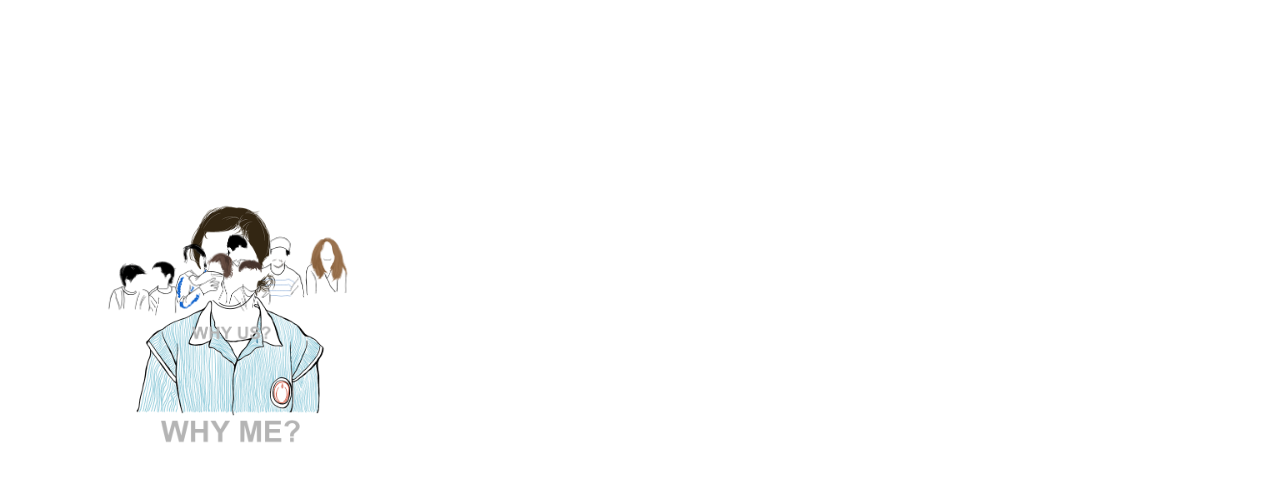
Repository: Lettie123/webpr4
Page: 04.html
These files come from the project's save history. The page is drawn as it stood at one moment and after the next save; the edit follows.
The browser window is 1280 px wide. The pictures show the whole page.

Above is the page before, as saved 2020-11-23 23:52:39.

After the next save:
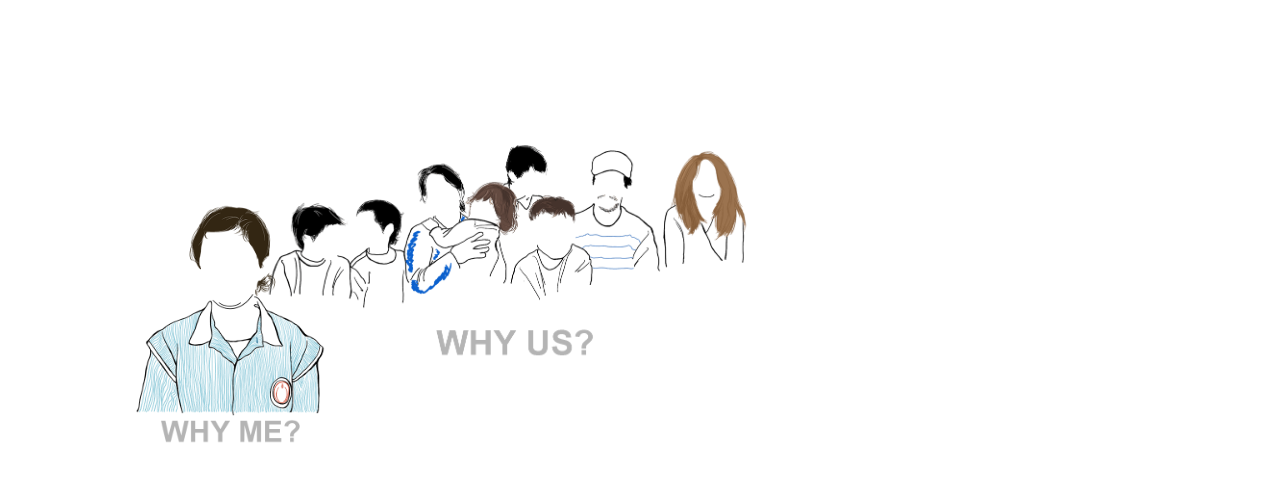
Saved 17 s later.
--- a/style05.css
+++ b/style05.css
@@ -14,10 +14,10 @@ body {
     color: #B4B4B4;
 }
 #r02{
-    width: 250px;
-    height: 250px;
+    width: 500px;
+    height: 500px;
 	position: absolute;
-	left: 18%;
+	left: 40%;
 	top: 45%;
     transform: translate(-50%,-50%);
     color: #B4B4B4;
